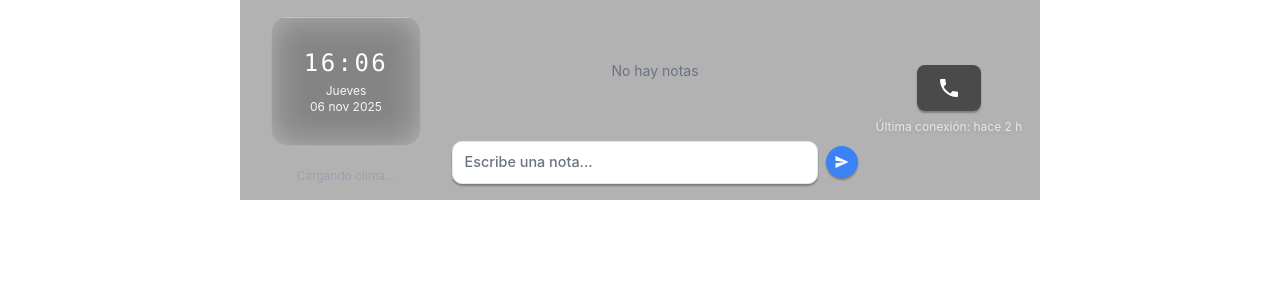
Repository: CodeByEvans/my-romantic-widget
Page: /
An editor plug-in stored every save of this project. The page is shown before and after the next save, followed by the edit.
The browser window is 1280 px wide. The pictures show the whole page.
The page's requests for data from a server got no answer. The project was rebuilt for these pictures with package versions that can differ from the ones it lists, and the page was loaded fresh each time. No one was signed in, and anything a server would have sent is missing. Also part of the build but not shown: vite.config.ts.

Above is the page before, as saved 2025-11-07 12:52:27.

After the next save:
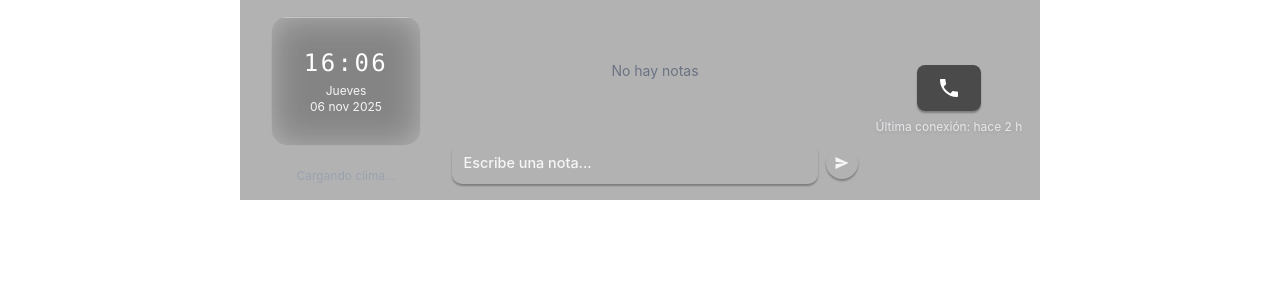
Saved 19 s later.
--- a/src/components/NoteInput.tsx
+++ b/src/components/NoteInput.tsx
@@ -2,7 +2,7 @@ import { IoMdSend } from "react-icons/io";
 
 export const NoteInput = () => {
   return (
-    <form className="flex items-center gap-2 mt-2" data-theme="glass">
+    <form className="flex items-center gap-2 mt-2">
       <input
         type="text"
         placeholder="Escribe una nota..."
